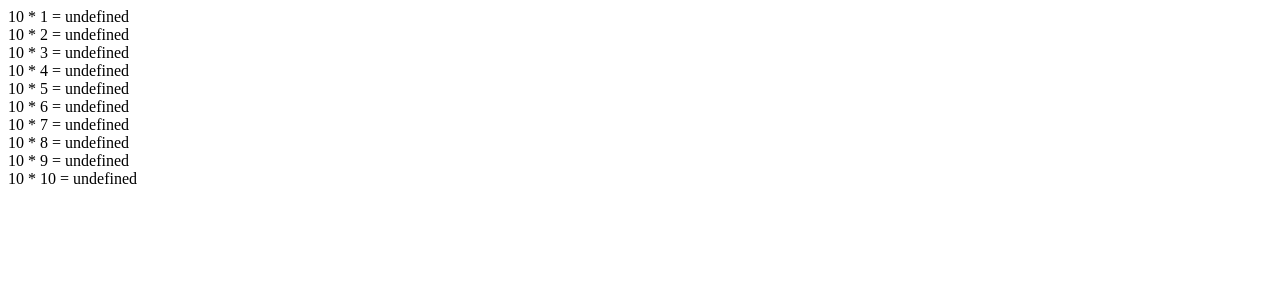
Repository: Fablilsonoliver/logica1
Page: index.html
These files come from the project's save history. The page is drawn as it stood at one moment and after a run of saves; the edit follows.
The browser window is 1280 px wide. The pictures show the whole page.

Above is the page before, as saved 2025-04-29 11:28:05.

### app.js
// function = declaro uma função
// mediaDaNota = nome da função (SEMPRE em camelCase)
// nota0, nota1, nota2, nota3 = argumentos, ou seja, variaveis.
// {} = é aonde vai acontecer a logica em bloco

function mediaDaNota(nota0, nota1, nota2, nota3) {

// const = tipo de variavel, é imutavel
// mediaFinal = nome da variavel em camelCase
// O que ela faz?
// soma as variaveis e divide pela quantidade de variaveis

const mediaFinal = (nota0 + nota1 + nota2 + nota3) / 4;

// if = condição
// (mediaFinal >= 7) = a condição está verificando se a variavel 'mediaFinal' é maior ou igual a 7

// else = se não atender nenhuma outra condição anterior, ela entra no 'else'
// return = informa a resposta final

if (mediaFinal >= 7) {
    return "Aprovado";
} else {
    return "Reprovado";
}

// return mediaFinal >= 7 ? "Aprovado" : "Reprovado";
}

let igredientes = ['ovo', 'leite', 'farinha', 'fermento', 'tudo que há de bom'];

function tabuada(numero) {
    let i = 1;
    let lista = [];
    let resultado;

    while (i <= 10) {
        lista = lista + `${numero} * ${i} = ${resultado}<br>`;
        i++;
    }

    return lista;
}

document.write(tabuada(10))

Loaded but not shown: index.html (common file)

After the next 2 saves:
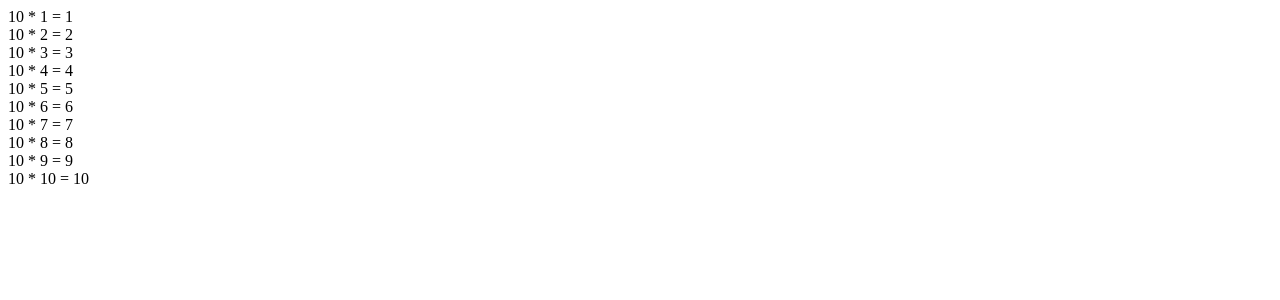
The 2 saves are shown as one change because they came seconds apart.
The last was saved 17 s later.
--- a/app.js
+++ b/app.js
@@ -35,6 +35,7 @@
     let resultado;
 
     while (i <= 10) {
+        resultado = i
         lista = lista + `${numero} * ${i} = ${resultado}<br>`;
         i++;
     }
